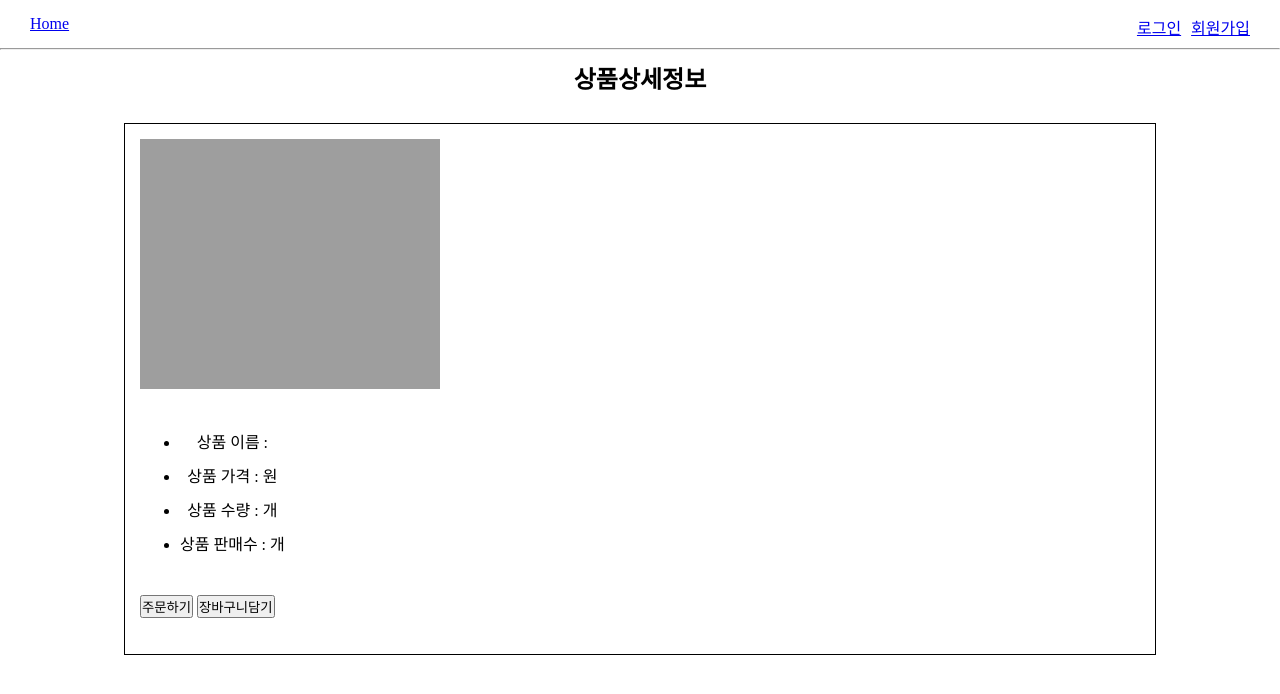
Repository: quswldms137/Shopping
Page: http://localhost/shop/WEB-INF/views/productDetail.jsp
These files come from the project's save history. The page is drawn as it stood at one moment and after the next save; the edit follows.
The browser window is 1280 px wide. The pictures show the whole page.
Pictures or frames that could not be fetched are drawn as grey boxes. The page is served by Tomcat 10. Nobody is signed in. Other server files are loaded and not shown. The template is opened directly, without the code that normally fills it, so the values that code supplies are empty.

Above is the page before, as saved 2024-05-29 07:15:45.

### shop/shop/src/main/webapp/WEB-INF/views/productDetail.jsp
<%@ page language="java" contentType="text/html; charset=UTF-8"
    pageEncoding="UTF-8"%>
<!DOCTYPE html>
<html>
<head>
<meta charset="UTF-8">
<title>Insert title here</title>
<style>
.container, h2 {
display: flex;
justify-content: center;
align-items: center;
flex-direction: column;
}
h2{padding:10px;}
.img {
    display: flex;
    flex-direction: column; /* 수직 정렬 */
    align-items: flex-start; /* 가로축 가운데 정렬 */
    justify-content: flex-start; /* 세로축 가운데 정렬 */
    border: 1px solid black; /* 테두리 스타일 및 두께 설정 */
    padding: 15px; /* 테두리와 내용 사이의 간격 설정 */
    width: 1000px;
    height: 500px;
    text-align: center; /* 텍스트 가운데 정렬 */
}
.text{
	padding:30px;
}
.text li{
	margin:10px;
}
.btn{

}

</style>
</head>
<body>
<header>
	<%@ include file="header.jsp" %>
</header>
<session>
<hr>
<h2>상품상세정보</h2>
<br>
<div class="container">
	<div class="img">
		<img id="img-img" src="/images/${product.url }" alt="${product.pname }" width="300px" height="250px">
		<div class="text">
			<ul>
				<li>상품 이름 : ${product.pname }</li>
				<li>상품 가격 : ${product.price }원</li>
				<li>상품 수량 : ${product.stock }개</li>
				<li>상품 판매수 : ${product.sales }개</li>
			</ul>
		</div>
		<div class="btn">
			<a href="orderDo"><button>주문하기</button></a>
			<a href="cartDo"><button>장바구니담기</button></a>
		</div>
	</div>
</div>
</session>
</body>
</html>

### shop/shop/src/main/webapp/WEB-INF/views/header.jsp
<%@ page language="java" contentType="text/html; charset=UTF-8"
    pageEncoding="UTF-8"%>
<!DOCTYPE html>
<html>
<head>
<meta charset="UTF-8">
<title>Insert title here</title>
<style>
*{
	margin:0;
	padding:0;
}
header {
	margin:15px;
}
.header-right {
  float: right;
  margin-left:10px;
}
</style>
</head>
<body>
	<header>
			<a class="home_btn" href="/">Home</a>

			<a id="regBtn" class="header-right" href="registForm">회원가입</a>
			<a id="loginBtn" class="header-right" href="loginForm">로그인</a>

			<a id="logoutBtn" class="header-right" href="logout">로그아웃</a>
			<a href="mypage"><span id="name" class="header-right"></span></a>
	</header>

	<script>

	const loginBtn = document.querySelector("#loginBtn");
	const regBtn = document.querySelector("#regBtn");
	const logoutBtn = document.querySelector("#logoutBtn");
	const userName = document.querySelector("#name");

		if(${sessionScope.username eq null}){
			logoutBtn.style.display="none";
		}else{
			loginBtn.style.display="none";
			regBtn.style.display="none";
			logoutBtn.style.display="block";
			userName.innerHTML="${sessionScope.username} 님😀";
		}
	</script>
</body>
</html>

After the next save:
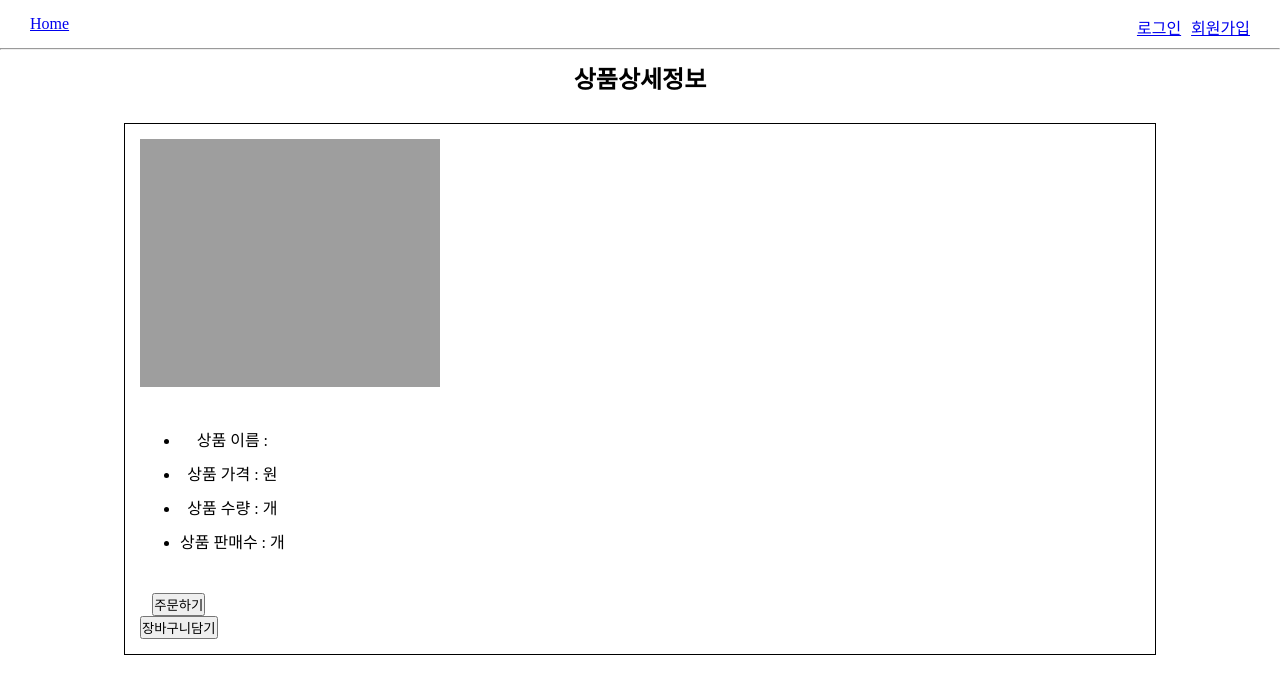
Saved 59 s later.
--- a/shop/shop/src/main/webapp/WEB-INF/views/productDetail.jsp
+++ b/shop/shop/src/main/webapp/WEB-INF/views/productDetail.jsp
@@ -30,8 +30,11 @@ h2{padding:10px;}
 .text li{
 	margin:10px;
 }
-.btn{
-
+.btn {
+    display: flex;
+    flex-direction: column; /* 수직 정렬 */
+    align-items: center; /* 가로축 가운데 정렬 */
+    justify-content: center; /* 세로축 가운데 정렬 */
 }
 
 </style>
